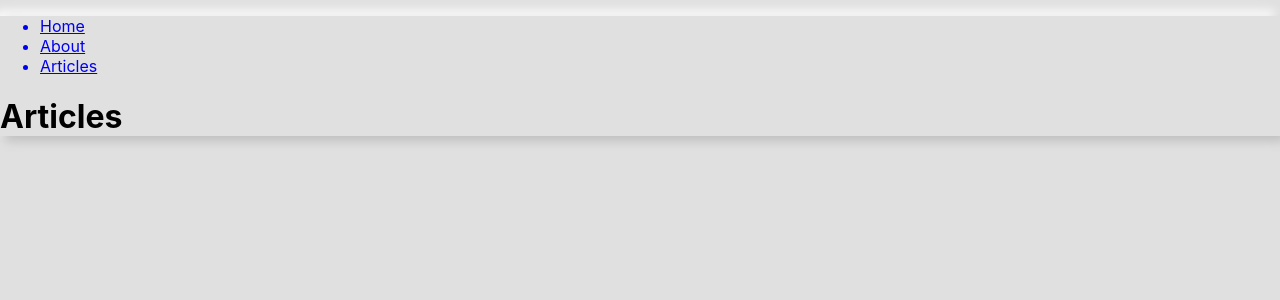
Repository: ShindanoSingi/react-software-architecture-course
Page: /articles
The author's editor kept a copy of each file at every save. The page is drawn from the files as they stood at one save, then again after the next save.
The browser window is 1280 px wide. The pictures show the whole page.
The project was rebuilt for these pictures with package versions that can differ from the ones it lists, and the page was loaded fresh each time. Also part of the build but not shown: src/pages/Home.js, src/pages/About.js.

Above is the page before, as saved 2022-12-26 00:14:02.

After the next save:
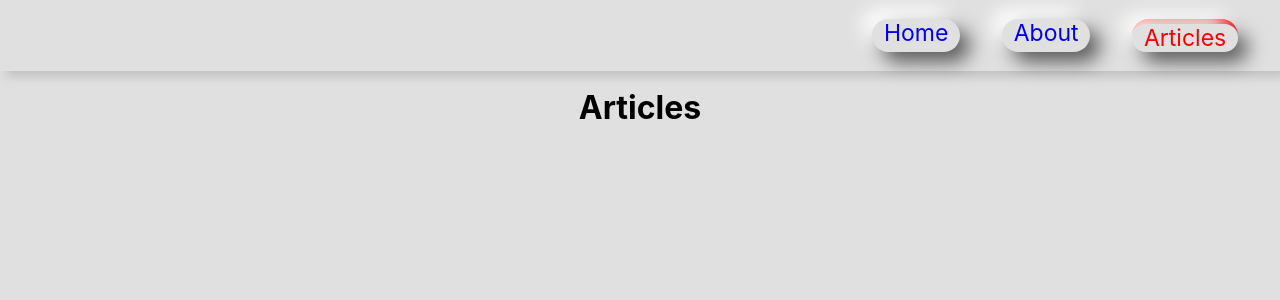
Saved 23 s later.
--- a/src/App.css
+++ b/src/App.css
@@ -1,4 +1,4 @@
-/* h1 {
+h1 {
     text-align: center;
     margin: 0rem;
     padding: 0.5em;
@@ -46,4 +46,4 @@
     width: 80%;
     margin: 0 10%;
     height: 100%;
-} */
+}

After the save that followed:
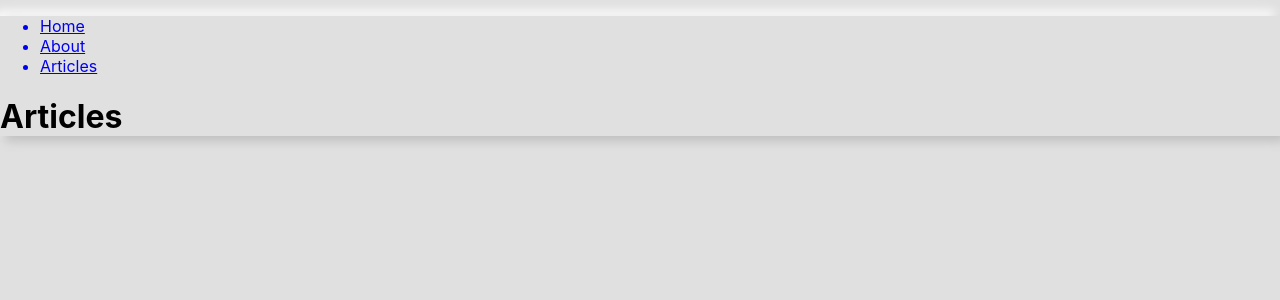
Saved 94 s later.
--- a/src/App.css
+++ b/src/App.css
@@ -1,4 +1,4 @@
-h1 {
+/* h1 {
     text-align: center;
     margin: 0rem;
     padding: 0.5em;
@@ -46,4 +46,4 @@
     width: 80%;
     margin: 0 10%;
     height: 100%;
-}
+} */
